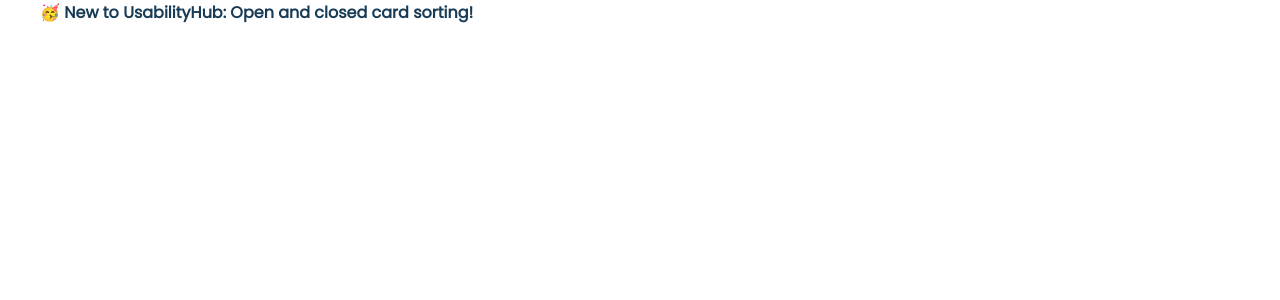
Repository: ramlakhan1/clone1
Page: index.html
These files come from the project's save history. The page is drawn as it stood at one moment and after a run of saves; the edit follows.
The browser window is 1280 px wide. The pictures show the whole page.
Some web libraries are served in a nearby version.

Above is the page before, as saved 2022-11-29 17:01:08.

After the next 2 saves:
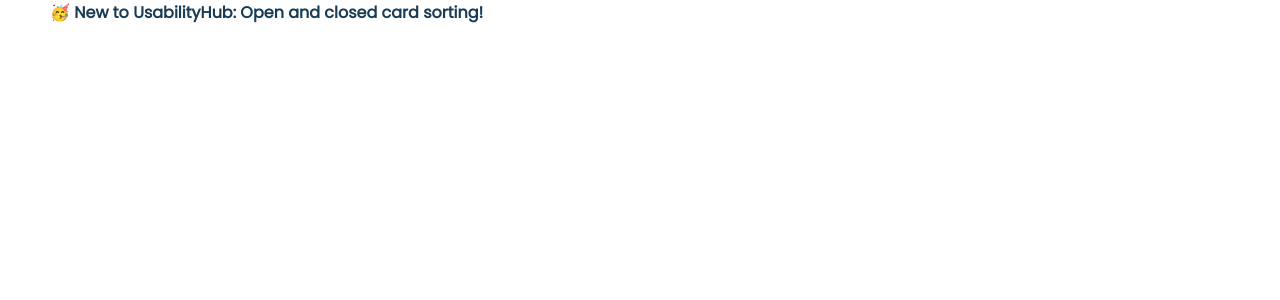
The 2 saves are shown as one change because they came seconds apart.
The last was saved 9 s later.
--- a/style.css
+++ b/style.css
@@ -38,7 +38,7 @@
     display: inline-block;
 }
 .container {
-    max-width: 1200px;
+    max-width: 1180px;
     margin: 0 auto;
 }
 .small-bold-text {
